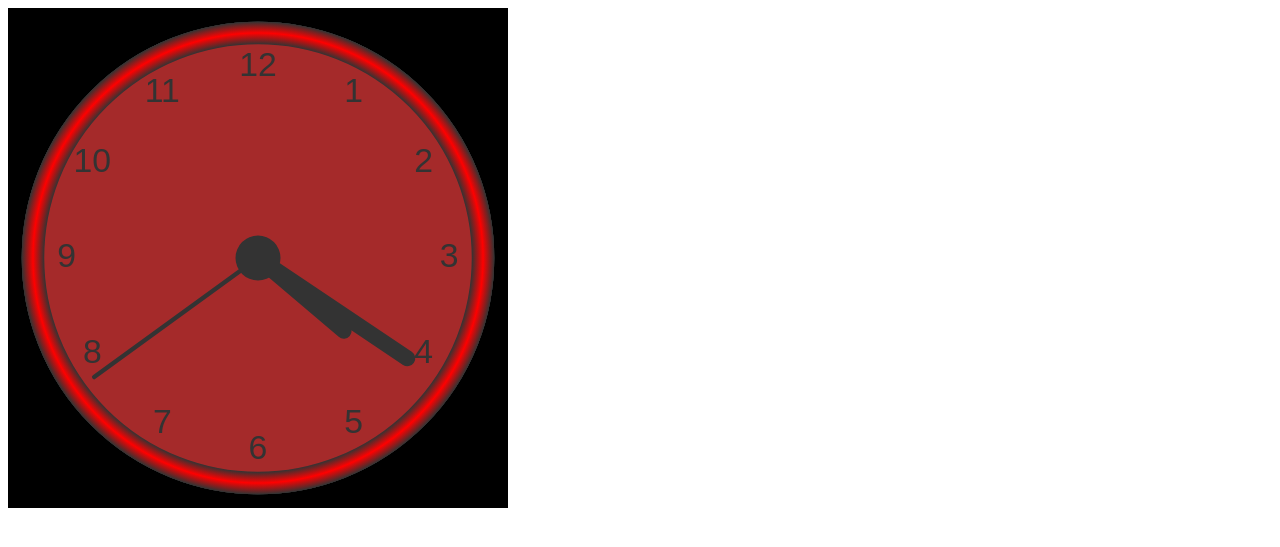
Repository: ManojAndroid/WellcomeToAndroidApp
Page: AddressBook_App/Canvas_Project/WebContent/Clock.html
These files come from the project's save history. The page is drawn as it stood at one moment and after the next save; the edit follows.
The browser window is 1280 px wide. The pictures show the whole page.

Above is the page before, as saved 2017-04-20 13:11:34.

### AddressBook_App/Canvas_Project/WebContent/Clock.html
<!DOCTYPE html>
<html>
<body>

<canvas id="canvas" width="500" height="500"
style="background-color:black">
</canvas>

<script>
var canvas = document.getElementById("canvas");
var ctx = canvas.getContext("2d");
var radius = canvas.height / 2;
ctx.translate(radius, radius);
radius = radius * 0.90
setInterval(drawClock, 1000);

function drawClock() {
  drawFace(ctx, radius);
  drawNumbers(ctx, radius);
  drawTime(ctx, radius);
}

function drawFace(ctx, radius) {
  var grad;
  ctx.beginPath();
  ctx.arc(0, 0, radius, 0, 2*Math.PI);
  ctx.fillStyle = 'brown';
  ctx.fill();
  grad = ctx.createRadialGradient(0,0,radius*0.95, 0,0,radius*1.05);
  grad.addColorStop(0, '#333');
  grad.addColorStop(0.5, 'red');
  grad.addColorStop(1, '#333');
  ctx.strokeStyle = grad;
  ctx.lineWidth = radius*0.1;
  ctx.stroke();
  ctx.beginPath();
  ctx.arc(0, 0, radius*0.1, 0, 2*Math.PI);
  ctx.fillStyle = '#333';
  ctx.fill();
}

function drawNumbers(ctx, radius) {
  var ang;
  var num;
  ctx.font = radius*0.15 + "px arial";
  ctx.textBaseline="middle";
  ctx.textAlign="center";
  for(num = 1; num < 13; num++){
    ang = num * Math.PI / 6;
    ctx.rotate(ang);
    ctx.translate(0, -radius*0.85);
    ctx.rotate(-ang);
    ctx.fillText(num.toString(), 0, 0);
    ctx.rotate(ang);
    ctx.translate(0, radius*0.85);
    ctx.rotate(-ang);
  }
}

function drawTime(ctx, radius){
    var now = new Date();
    var hour = now.getHours();
    var minute = now.getMinutes();
    var second = now.getSeconds();
    //hour
    hour=hour%12;
    hour=(hour*Math.PI/6)+
    (minute*Math.PI/(6*60))+
    (second*Math.PI/(360*60));
    drawHand(ctx, hour, radius*0.5, radius*0.07);
    //minute
    minute=(minute*Math.PI/30)+(second*Math.PI/(30*60));
    drawHand(ctx, minute, radius*0.8, radius*0.07);
    // second
    second=(second*Math.PI/30);
    drawHand(ctx, second, radius*0.9, radius*0.02);
}

function drawHand(ctx, pos, length, width) {
    ctx.beginPath();
    ctx.lineWidth = width;
    ctx.lineCap = "round";
    ctx.moveTo(0,0);
    ctx.rotate(pos);
    ctx.lineTo(0, -length);
    ctx.stroke();
    ctx.rotate(-pos);
}
</script>

</body>
</html>

After the next save:
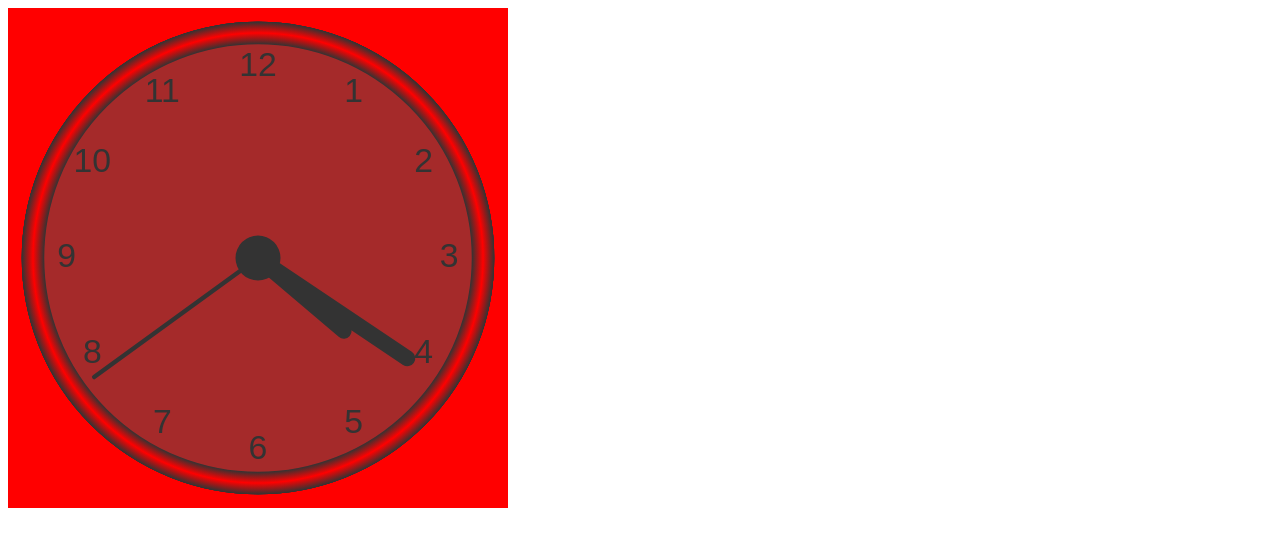
Saved 6 s later.
--- a/AddressBook_App/Canvas_Project/WebContent/Clock.html
+++ b/AddressBook_App/Canvas_Project/WebContent/Clock.html
@@ -3,7 +3,7 @@
 <body>
 
 <canvas id="canvas" width="500" height="500"
-style="background-color:black">
+style="background-color:red">
 </canvas>
 
 <script>
